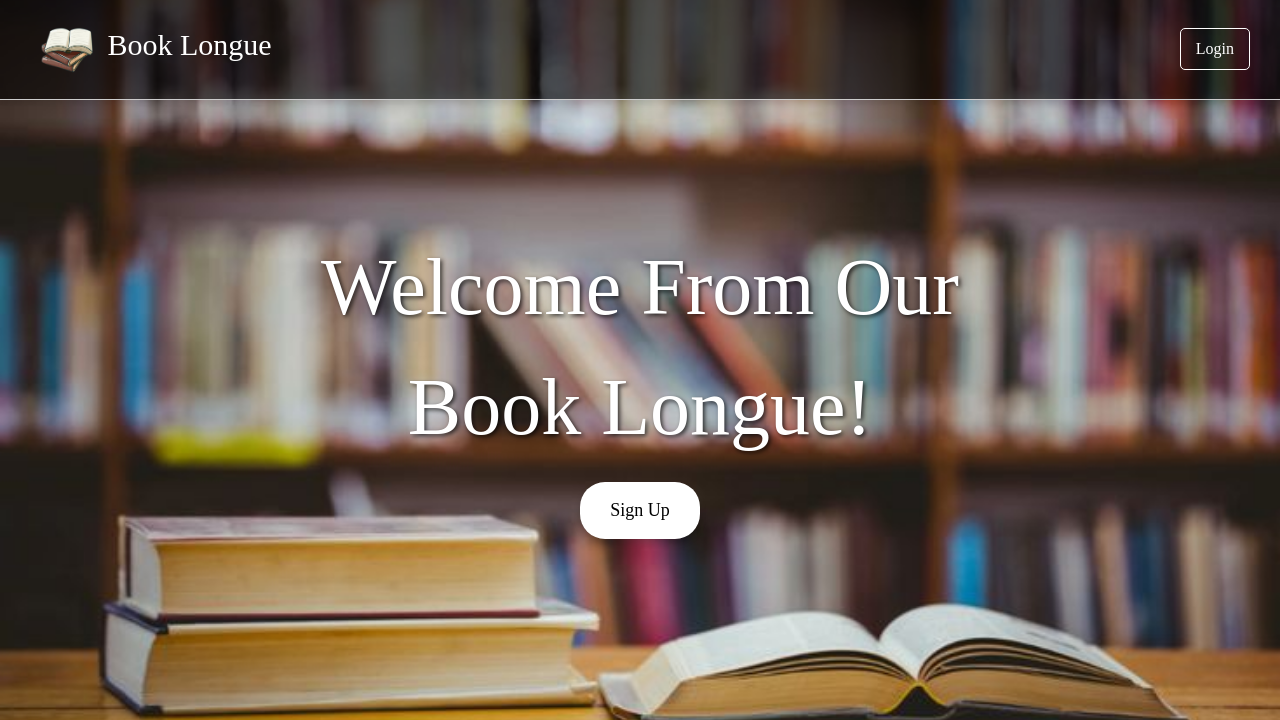
Repository: moehaymanmyint/Book-Longue-Web-System
Page: pages/GetStarted.html
These files come from the project's save history. The page is drawn as it stood at one moment and after the next save; the edit follows.
The browser window is 1280 px wide. The pictures show the whole page.
Some web fonts or font styles are not loaded; a fallback is used.

Above is the page before, as saved 2024-12-30 18:33:08.

### pages/GetStarted.html
<!DOCTYPE html>
<html lang="en">
<head>
    <meta charset="UTF-8">
    <meta name="viewport" content="width=device-width, initial-scale=1.0">
    <title>Book Longue - Get Started</title>
    <link href="https://cdn.jsdelivr.net/npm/bootstrap@5.3.3/dist/css/bootstrap.min.css" rel="stylesheet" integrity="sha384-QWTKZyjpPEjISv5WaRU9OFeRpok6YctnYmDr5pNlyT2bRjXh0JMhjY6hW+ALEwIH" crossorigin="anonymous">
    <script src="https://cdn.jsdelivr.net/npm/bootstrap@5.3.3/dist/js/bootstrap.bundle.min.js" integrity="sha384-YvpcrYf0tY3lHB60NNkmXc5s9fDVZLESaAA55NDzOxhy9GkcIdslK1eN7N6jIeHz" crossorigin="anonymous"></script>
    <link rel="stylesheet" href="../style/GetStarted.css">
    <link rel="stylesheet" href="https://cdnjs.cloudflare.com/ajax/libs/font-awesome/6.7.2/css/all.min.css" integrity="sha512-Evv84Mr4kqVGRNSgIGL/F/aIDqQb7xQ2vcrdIwxfjThSH8CSR7PBEakCr51Ck+w+/U6swU2Im1vVX0SVk9ABhg==" crossorigin="anonymous" referrerpolicy="no-referrer" />
    <link rel="preconnect" href="https://fonts.googleapis.com">
</head>
<body>
    <div class="nav-bar">
        <div class="left">
            <img src="../src/logo.png" alt="" width="10%">
            <h1>Book Longue</h1>
        </div>
        <div class="right">
            <button type="button" class="login-btn btn btn-light"><a href="../pages/login.html">Login</a></button>
        </div>
    </div>
    <div class="content">
        <h1>Welcome From Our<br>Book Longue!</h1>
        <button type="button" class="btn btn-light"><a href="../pages/signup.html">Sign Up</a></button>
    </div>
</body>
</html>

### style/GetStarted.css
@import url('https://fonts.googleapis.com/css2?family=Playwrite+GB+S:ital,wght@0,100..400;1,100..400&display=swap');
*{
    font-family: "Playwrite GB S", serif;
}
body {
    background-image: url(../src/GetStart-bg.jpg);
    background-size: cover;
    background-repeat: no-repeat;
    background-position: center;
    height: 100vh;
    color: #ffffff;
    font-family: 'Arial', sans-serif;
    margin: 0;
}

.nav-bar {
    display: flex;
    justify-content: space-between;
    align-items: center;
    padding: 15px 30px;
    background-color: rgba(0, 0, 0, 0.6);
    border-bottom: 1px solid #ccc;
    position: fixed;
    width: 100%;
    z-index: 10;
    box-shadow: 0px 4px 6px rgba(0, 0, 0, 0.1);
}

.nav-bar .left {
    display: flex;
    justify-content: start;
    align-items: center;
}

.nav-bar .left img {
    width: 5%;
    margin: 10px;
}

.nav-bar h1 {
    font-size: 30px;
    color: #fff;
}

.nav-bar button {
    border: 1px solid #fff;
    background-color: transparent;
    color: #fff;
    padding: 8px 15px;
    border-radius: 5px;
    cursor: pointer;
    transition: 0.3s;
}

.nav-bar button:hover {
    background-color: #fff;
    color: #000;
}

.right a {
    text-decoration: none;
    color: white;
}

.right a:hover{
    color: #000;
}

.content a {
    text-decoration: none;
    color: black;
}

.content {
    display: flex;
    flex-direction: column;
    align-items: center;
    justify-content: center;
    text-align: center;
    height: 100%;
    padding-top: 30px;
}

.content h1 {
    font-size: 80px;
    text-align: center;
    line-height: 1.5;
    margin: 15px 0;
    color: #ffffff;
    text-shadow: 2px 2px 4px rgba(0, 0, 0, 0.7);
}
.content button {
    border: none;
    padding: 15px 30px;
    font-size: 18px;
    color: #000;
    background-color: #fff;
    border-radius: 25px;
    cursor: pointer;
    box-shadow: 0px 4px 6px rgba(0, 0, 0, 0.2);
    transition: 0.3s;
}

.content button:hover {
    background-color: #9d2f2f;
    color: #fff;
    transform: translateY(-2px);
}

After the next save:
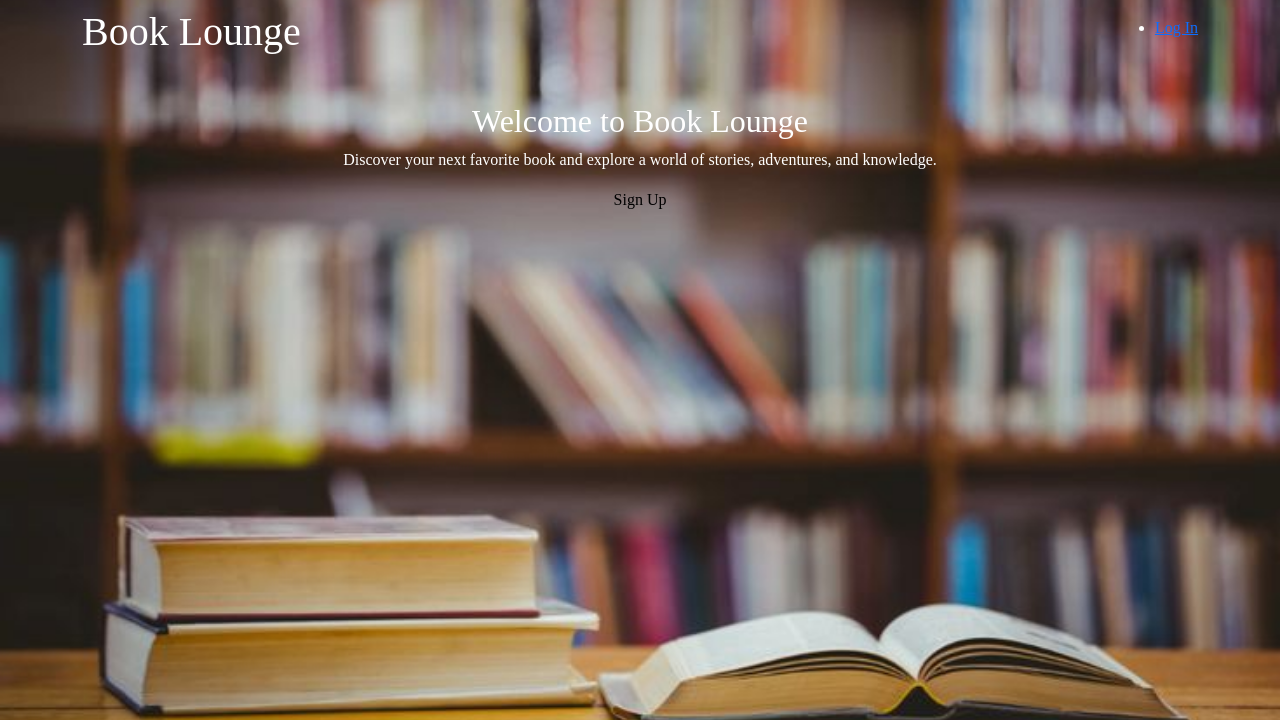
Saved 5 min 33 s later.
--- a/pages/GetStarted.html
+++ b/pages/GetStarted.html
@@ -11,18 +11,24 @@
     <link rel="preconnect" href="https://fonts.googleapis.com">
 </head>
 <body>
-    <div class="nav-bar">
-        <div class="left">
-            <img src="../src/logo.png" alt="" width="10%">
-            <h1>Book Longue</h1>
+    <nav class="navbar">
+        <div class="container">
+          <h1 class="logo">Book Lounge</h1>
+          <ul class="nav-links">
+            <li><a href="login.html" class="login-btn">Log In</a></li>
+          </ul>
         </div>
-        <div class="right">
-            <button type="button" class="login-btn btn btn-light"><a href="../pages/login.html">Login</a></button>
+      </nav>
+
+      <!-- Hero Section -->
+      <header class="hero">
+        <div class="overlay">
+          <div class="content">
+            <h2>Welcome to Book Lounge</h2>
+            <p>Discover your next favorite book and explore a world of stories, adventures, and knowledge.</p>
+            <a href="signup.html" class="button">Sign Up</a>
+          </div>
         </div>
-    </div>
-    <div class="content">
-        <h1>Welcome From Our<br>Book Longue!</h1>
-        <button type="button" class="btn btn-light"><a href="../pages/signup.html">Sign Up</a></button>
-    </div>
+      </header>
 </body>
 </html>
